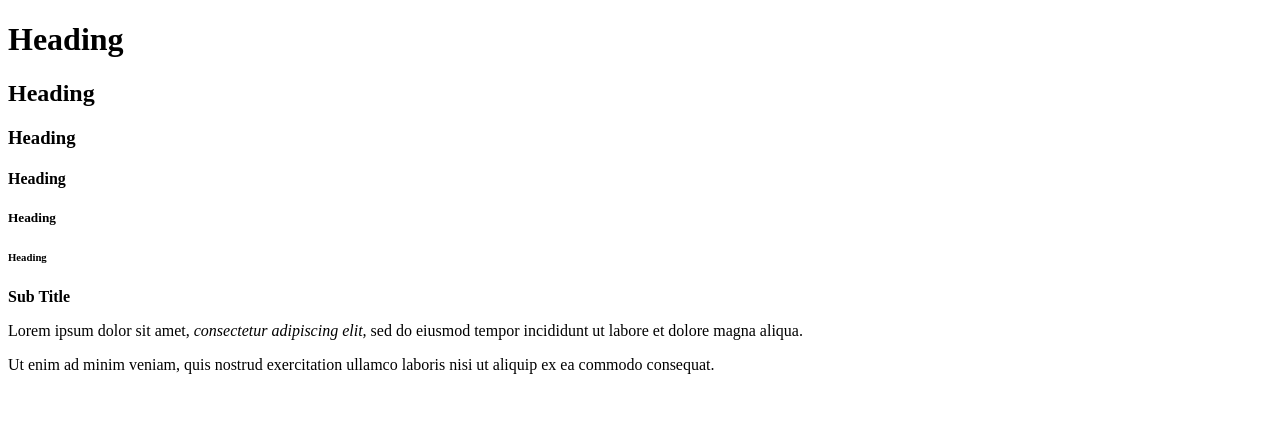
Repository: nashthecoder/code4days
Page: html_boilerplate/index.html
These files come from the project's save history. The page is drawn as it stood at one moment and after a run of saves; the edit follows.
The browser window is 1280 px wide. The pictures show the whole page.

Above is the page before, as saved 2023-03-16 14:47:34.

### html_boilerplate/index.html
<!DOCTYPE html>
<html lang="en">

<head>
    <meta charset="utf-8">
    <title>This is my First Webpage</title>
</head>

<body>
    <h1>Heading</h1>
    <h2>Heading</h2>
    <h3>Heading</h3>
    <h4>Heading</h4>
    <h5>Heading</h5>
    <h6>Heading</h6>
    <strong>Sub Title</strong>
    <p>Lorem ipsum dolor sit amet, <em>consectetur adipiscing elit,</em> sed do eiusmod tempor incididunt ut labore et
        dolore
        magna
        aliqua.
    </p>
    <p>Ut enim ad minim veniam, quis nostrud exercitation ullamco laboris nisi ut aliquip ex ea commodo consequat.
    </p>
</body>

</html>

After the next 2 saves:
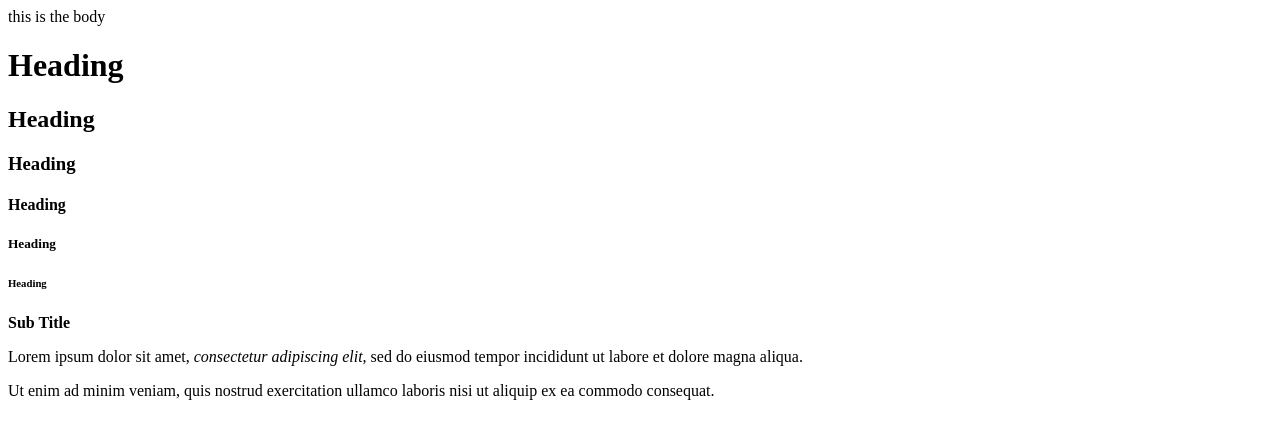
The 2 saves are shown as one change because they came seconds apart.
The last was saved 8 s later.
--- a/html_boilerplate/index.html
+++ b/html_boilerplate/index.html
@@ -6,6 +6,7 @@
     <title>This is my First Webpage</title>
 </head>
 
+this is the body
 <body>
     <h1>Heading</h1>
     <h2>Heading</h2>

After the save that followed:
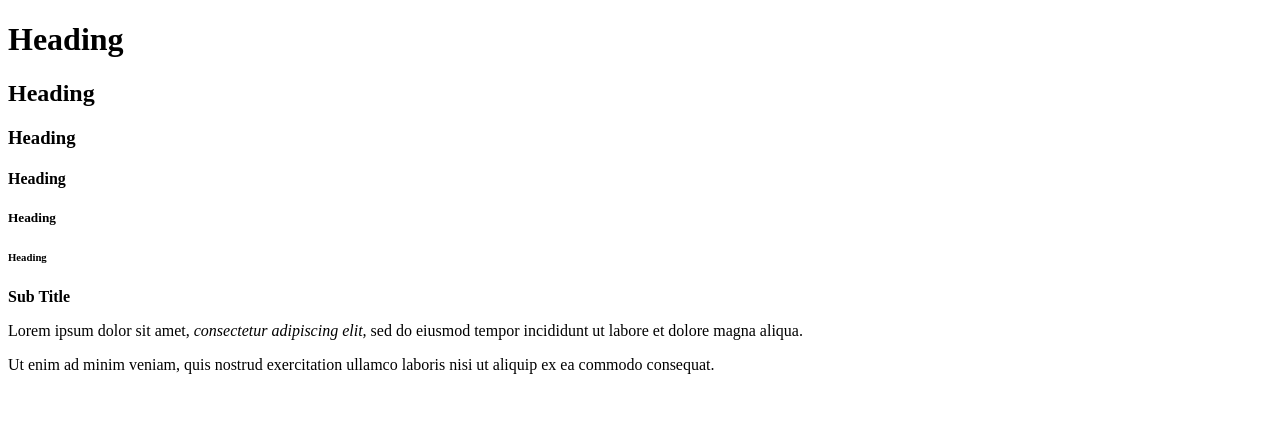
Saved 4 s later.
--- a/html_boilerplate/index.html
+++ b/html_boilerplate/index.html
@@ -6,7 +6,7 @@
     <title>This is my First Webpage</title>
 </head>
 
-this is the body
+<!-- this is the body  -->
 <body>
     <h1>Heading</h1>
     <h2>Heading</h2>
